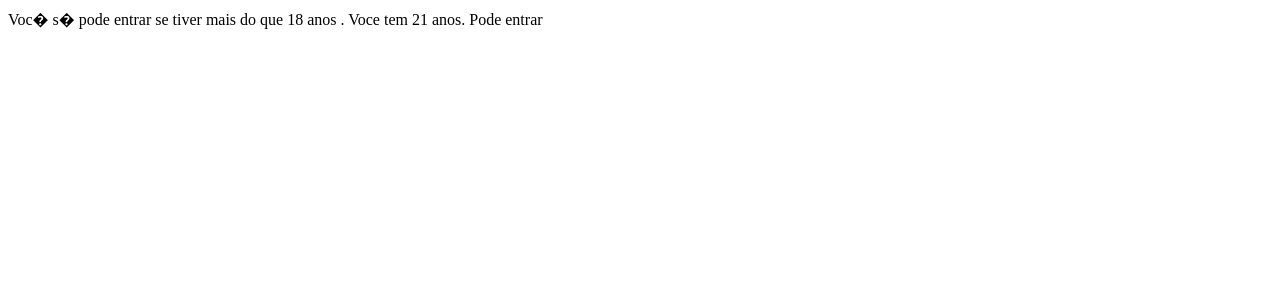
Repository: jpaulopd/PHP
Page: http://localhost/decisoes.php
These files come from the project's save history. The page is drawn as it stood at one moment and after the next save; the edit follows.
The browser window is 1280 px wide. The pictures show the whole page.
The page is run by PHP 8.4 with error messages shown; the project is at /var/www/html/.

Above is the page before, as saved 2019-05-22 13:09:04.

### eclipsePhp-workspace/php-primeiros-passos/decisoes.php
<?php

$idade = 21;

echo "Você só pode entrar se tiver mais do que 18 anos ." . PHP_EOL;

if ($idade > 18) {
    echo "Voce tem $idade anos." .PHP_EOL;
    echo 'Pode entrar';
}

After the next save:
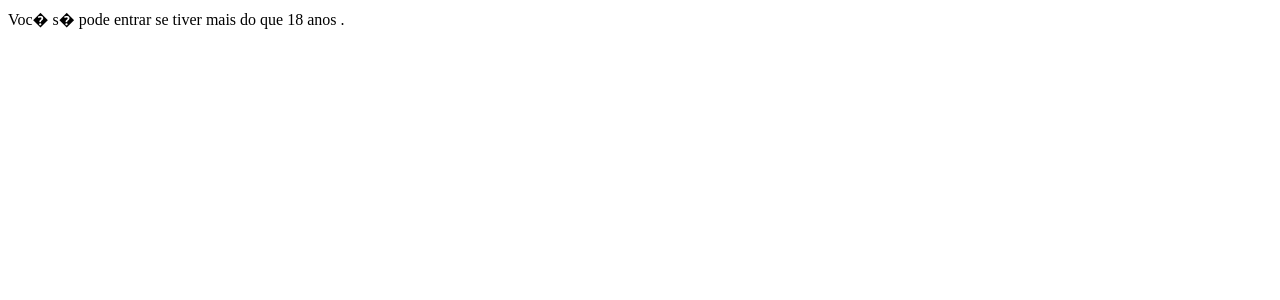
Saved 30 s later.
--- a/eclipsePhp-workspace/php-primeiros-passos/decisoes.php
+++ b/eclipsePhp-workspace/php-primeiros-passos/decisoes.php
@@ -1,6 +1,6 @@
 <?php
 
-$idade = 21;
+$idade = 16;
 
 echo "Você só pode entrar se tiver mais do que 18 anos ." . PHP_EOL;
 
